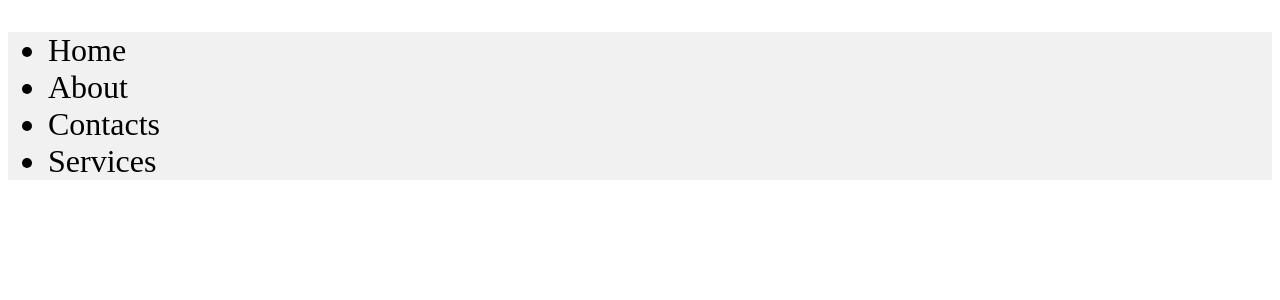
Repository: ramtoppo12/NavBar-Using-FlexBox
Page: index.html
These files come from the project's save history. The page is drawn as it stood at one moment and after the next save; the edit follows.
The browser window is 1280 px wide. The pictures show the whole page.

Above is the page before, as saved 2020-12-12 23:15:57.

### index.html
<!DOCTYPE html>
<html lang="en">
<head>
    <meta charset="UTF-8">
    <meta name="viewport" content="width=device-width, initial-scale=1.0">
    <title>Navbar using flex box</title>
    <link rel="stylesheet" href="style.css">
</head>
<body>
    <nav>
        <ul>
            <li>Home</li>
            <li>About</li>
            <li>Contacts</li>
            <li>Services</li>
        </ul>
    </nav>
</body>
</html>

### style.css
nav {
  font-size: 2rem;
  background-color: #f1f1f1;
}

After the next save:
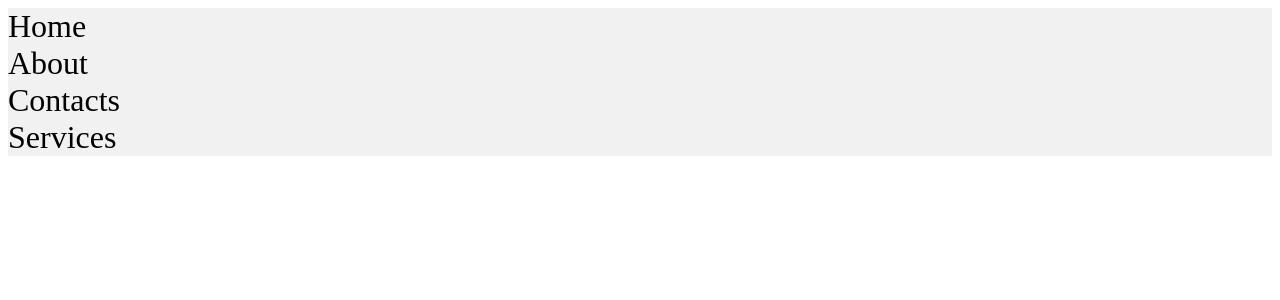
Saved 16 s later.
--- a/style.css
+++ b/style.css
@@ -2,3 +2,8 @@
   font-size: 2rem;
   background-color: #f1f1f1;
 }
+nav ul {
+  list-style: none;
+  margin: 0;
+  padding: 0;
+}
